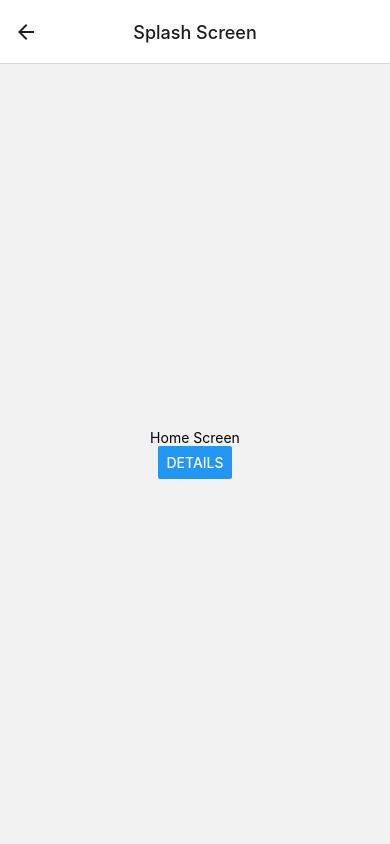
Repository: moronkids/react-native-non-expo
Screen: /Home
These files come from the project's save history. The screen is drawn as it stood at one moment and after a run of saves; the edit follows.
The app was drawn by React Native's web renderer in a window 390 px wide. The project was rebuilt for these pictures with package versions that can differ from the ones it lists, and the page was loaded fresh each time. Also part of the build but not shown: src/screens/detail/index.tsx.

Above is the screen before, as saved 2025-01-11 14:03:43.

After the next 2 saves:
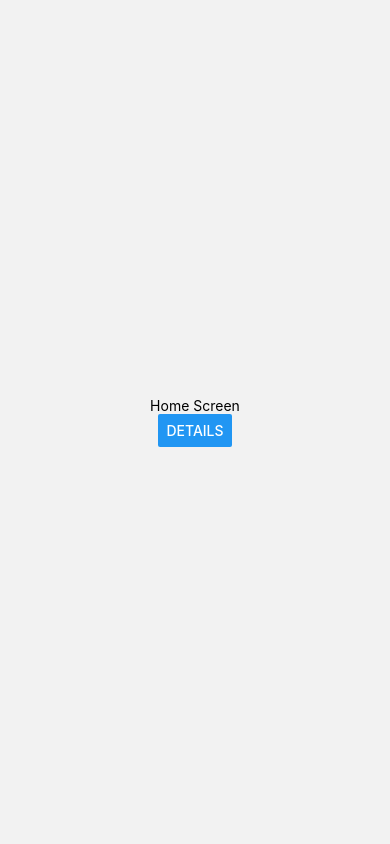
The 2 saves are shown as one change because 1 did not build or start.
The last was saved 2 min 17 s later.
--- a/routes.tsx
+++ b/routes.tsx
@@ -12,6 +12,7 @@ const RootStack = () => {
         <Stack.Navigator screenOptions={{
             title: 'Splash Screen',
             headerTitleAlign: 'center',
+            headerShown: false,
         }}>
             <Stack.Screen name="SplashScreen" component={SplashScreen} />
             <Stack.Screen name="Home" component={Home} />
